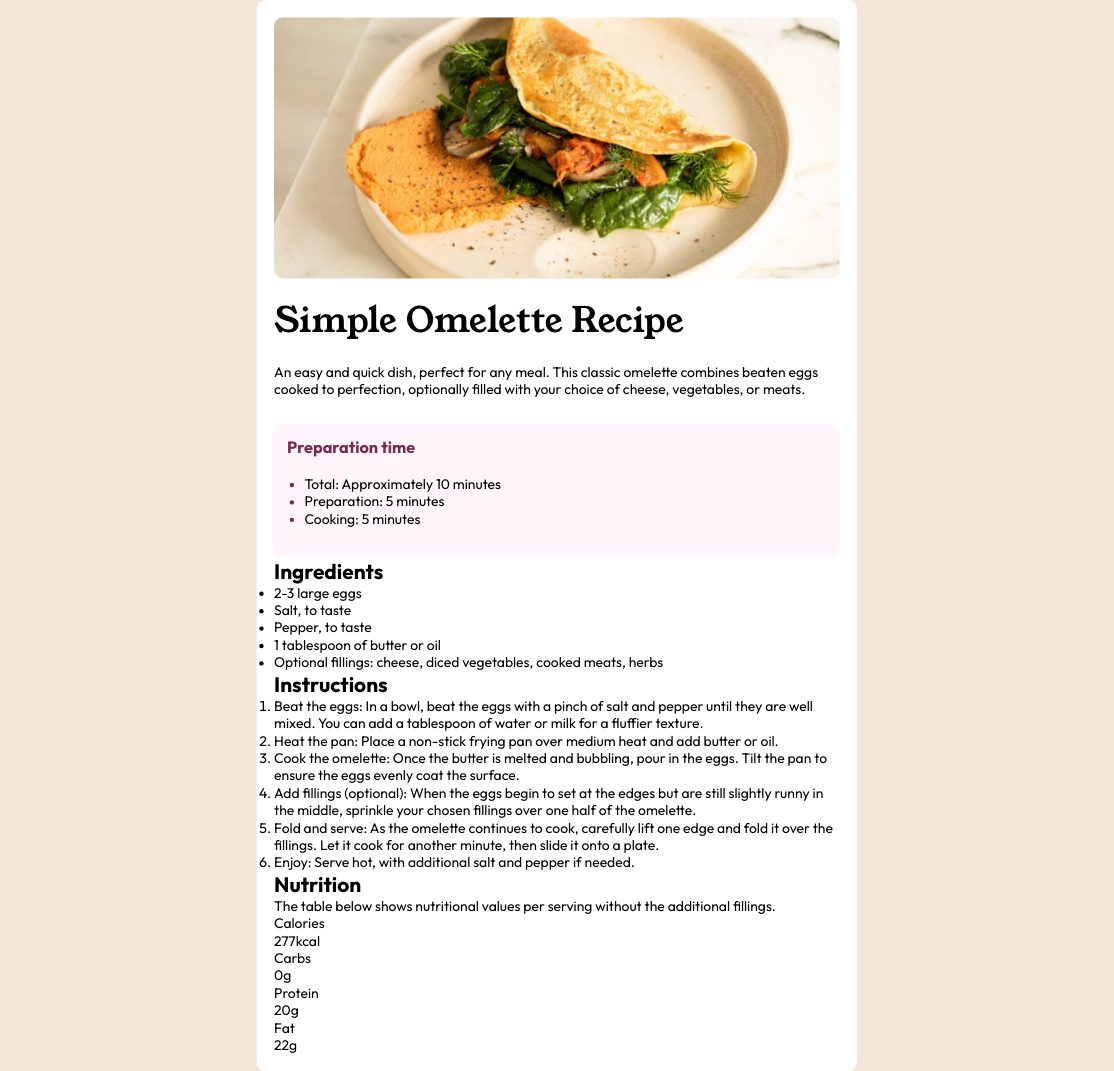
Repository: reemoon-ctrl/mine-recipe-page-main
Page: index1.html
These files come from the project's save history. The page is drawn as it stood at one moment and after the next save; the edit follows.
The browser window is 1280 px wide. The pictures show the whole page, at 87% of full size.

Above is the page before, as saved 2024-08-11 15:32:33.

### index1.html
<!DOCTYPE html>
<html lang="en">
<head>
    <meta charset="UTF-8">

    <style>
        @import url('https://fonts.googleapis.com/css2?family=Open+Sans:ital,wght@0,300..800;1,300..800&family=Outfit:wght@100..900&family=Poppins:ital,wght@0,100;0,200;0,300;0,400;0,500;0,600;0,700;0,800;0,900;1,100;1,200;1,300;1,400;1,500;1,600;1,700;1,800;1,900&family=Young+Serif&display=swap');
        @import url('https://fonts.googleapis.com/css2?family=Open+Sans:ital,wght@0,300..800;1,300..800&family=Poppins:ital,wght@0,100;0,200;0,300;0,400;0,500;0,600;0,700;0,800;0,900;1,100;1,200;1,300;1,400;1,500;1,600;1,700;1,800;1,900&family=Young+Serif&display=swap');
    </style>
        <meta name="viewport" content="width=device-width, initial-scale=1.0">
    <link rel="stylesheet" href="/style.css">
    <title>ommelette</title>
</head>
<body>
    <div class="page-center">
        <div class="container">
            <header>
            <div class="rec-img"></div>
            <h1>Simple Omelette Recipe</h1>

            <p>An easy and quick dish, perfect for any meal.
            This classic omelette combines beaten eggs cooked
            to perfection, optionally filled with your choice
            of cheese,
            vegetables, or meats.</p>
            </header>

            <div class="prep-time">
                <h3>Preparation time</h3>


                <ul>
                <li>Total: Approximately 10 minutes</li>
                <li>Preparation: 5 minutes</li>
                <li>Cooking: 5 minutes</li>
                </ul>
            </div>

            <h2>Ingredients</h2>
            <ul>
            <li>2-3 large eggs</li>
            <li>Salt, to taste</li>
            <li>Pepper, to taste</li>
            <li>1 tablespoon of butter or oil</li>
            <li>Optional fillings: cheese, diced vegetables, cooked meats, herbs</li>
            </ul>






            <h2>Instructions</h2>
            <ol>
            <li>Beat the eggs: In a bowl, beat the eggs with a pinch of salt and pepper until they are well mixed.
                You can add a tablespoon of water or milk for a fluffier texture.</li>
            <li>Heat the pan: Place a non-stick frying pan over medium heat and add butter or oil.</li>
            <li>Cook the omelette: Once the butter is melted and bubbling, pour in the eggs. Tilt the pan to ensure
                the eggs evenly coat the surface.</li>
            <li>Add fillings (optional): When the eggs begin to set at the edges but are still slightly runny in the
                middle, sprinkle your chosen fillings over one half of the omelette.</li>
            <li>Fold and serve: As the omelette continues to cook, carefully lift one edge and fold it over the
                fillings. Let it cook for another minute, then slide it onto a plate.</li>
            <li>Enjoy: Serve hot, with additional salt and pepper if needed.</li>
            </ol>

            <h2>Nutrition</h2>

            <p>The table below shows nutritional values per serving without the additional fillings.</p>

            <div>Calories</div>
            <div>277kcal</div>

            <div>Carbs</div>
            <div>0g</div>

            <div>Protein</div>
            <div>20g</div>

            <div>Fat</div>
            <div>22g</div>
         </div>
    </div>
</body>
</html>

### style.css
*{
    padding: 0;
    margin: 0;
    box-sizing: border-box;
}
body{
    background: hsl(30, 54%, 90%);
    font-family: "Outfit", sans-serif;
    font-optical-sizing: auto;
    font-weight: 400;
    font-style: normal;

}
.rec-img{


    border-radius:10px ;
    height: 300px;
    background: url('/image-omelette.jpeg')no-repeat center center/cover;
}
.container{
    background: #fff;
    border-radius: 10px;
    margin:auto;
    /* margin: auto; */
    max-width:690px;
    padding: 20px;

}
.page-center{
    height: 100vh;
    display: grid;
    grid-template-columns: 960px;
    align-items: center;
    justify-content:space-around;
}
.prep-time{
    background: hsl(330, 100%, 98%);
    padding: 15px;
    border-radius: 10px;
}
.prep-time ul{
    padding: 20px;
}
.prep-time ul li::marker {
    color: hsl(332, 51%, 32%);
  }

.prep-time h3{
    color: hsl(332, 51%, 32%);
    /*  */

}
h1{
    padding: 20px 0;
    font-size: 40px;
    font-family: "Young Serif", serif;
    font-weight: 400;
    font-style: normal;
}
header p{
    padding-bottom:30px ;
    font-size: 16px;
}

After the next save:
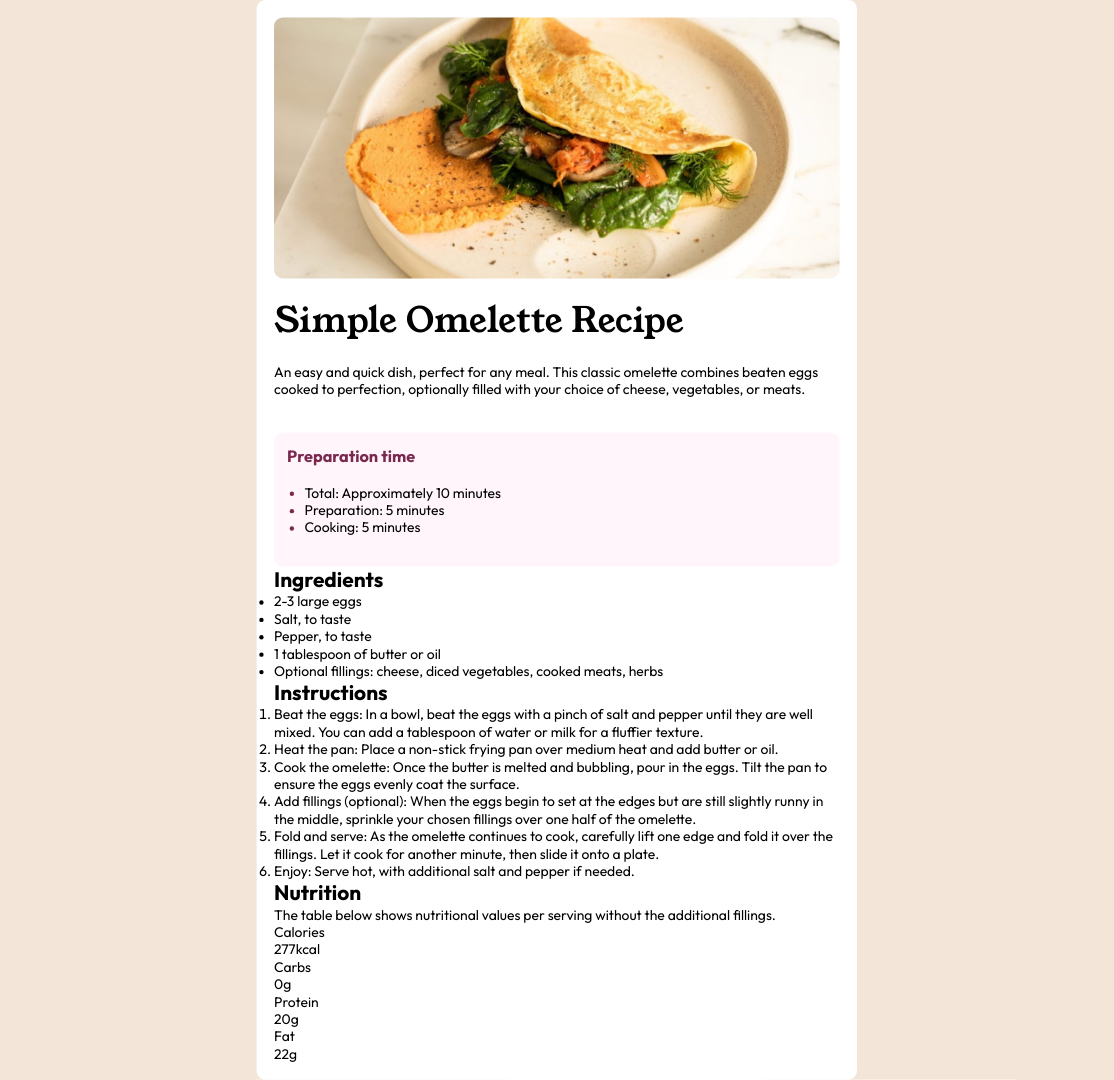
Saved 23 s later.
--- a/style.css
+++ b/style.css
@@ -59,6 +59,6 @@ h1{
     font-style: normal;
 }
 header p{
-    padding-bottom:30px ;
+    padding-bottom:40px ;
     font-size: 16px;
 }
